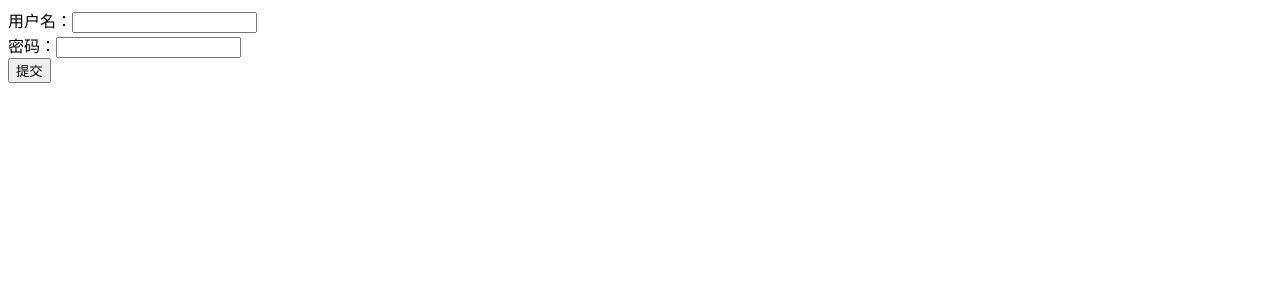
Repository: yejiaGH/JavaHomework
Page: http://localhost/Struts2DataEncapsulationServlet/
An editor plug-in stored every save of this project. The page is shown before and after the next save, followed by the edit.
The browser window is 1280 px wide. The pictures show the whole page.
The page is served by Tomcat 9. Nobody is signed in. The application's start-up code is not run.

Above is the page before, as saved 2016-01-24 11:02:35.

After the next save:
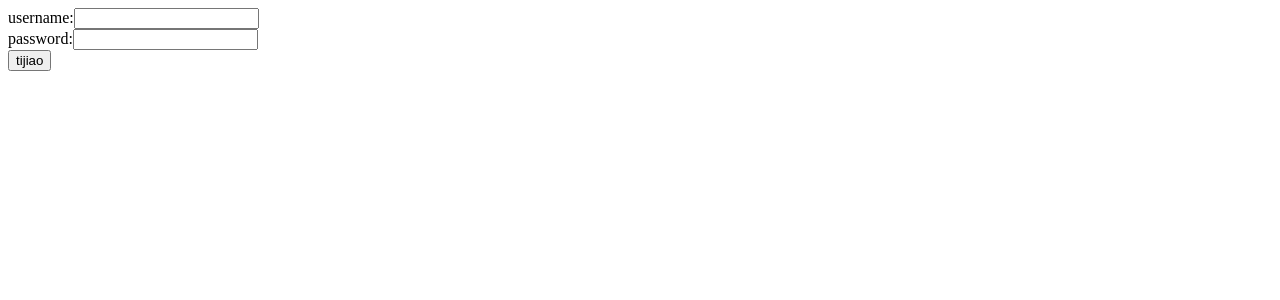
Saved 3 min 9 s later.
--- a/Struts2DataEncapsulationServlet/WebContent/index.jsp
+++ b/Struts2DataEncapsulationServlet/WebContent/index.jsp
@@ -1,20 +1,19 @@
-<%@ page language="java" import="java.util.*" pageEncoding="UTF-8"%>
+<%@ page language="java" import="java.util.*" pageEncoding="ISO-8859-1"%>
 <%
-	String path = request.getContextPath();
-	String basePath = request.getScheme() + "://" + request.getServerName() + ":" + request.getServerPort()
-			+ path + "/";
+String path = request.getContextPath();
+String basePath = request.getScheme()+"://"+request.getServerName()+":"+request.getServerPort()+path+"/";
 %>
-<!DOCTYPE html PUBLIC "-//W3C//DTD HTML 4.01 Transitional//EN" "http://www.w3.org/TR/html4/loose.dtd">
+
+<!DOCTYPE HTML PUBLIC "-//W3C//DTD HTML 4.01 Transitional//EN">
 <html>
-<head>
-<meta http-equiv="Content-Type" content="text/html; charset=UTF-8">
-<title>LoginServlet</title>
-</head>
-<body>
-	<form action="<%=path %>/servlet/LoginServlet" method="post">
-		用户名：<input type="text" name="username"/><br/>
-		密码：<input type="password" name="password"/><br/>
-		<input type="submit" value="提交" />
-	</form>
-</body>
+  <head>
+  </head>
+
+  <body>
+   		<form action="<%=path %>/servlet/LoginServlet" method="post">
+   			username:<input type="text" name="username"><br>
+   			password:<input type="password" name="password"><br>
+   			<input type="submit" value="tijiao">
+   		</form>
+  </body>
 </html>
